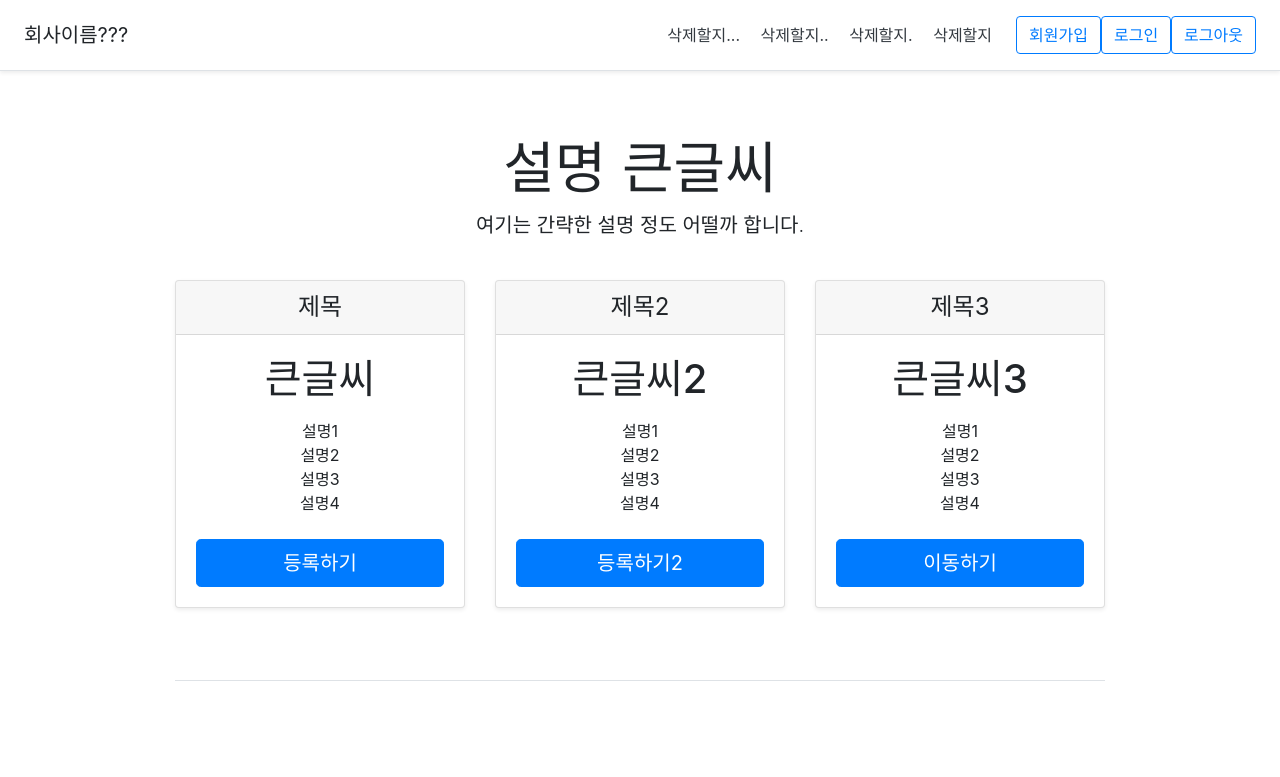
Repository: SettingRhino/innogleantmanager
Page: http://localhost/antmanager/WEB-INF/views/home.jsp
An editor plug-in stored every save of this project. The page is shown before and after the next save, followed by the edit.
The browser window is 1280 px wide. The pictures show the whole page.
The page is served by Tomcat 9. Nobody is signed in. Other server files are loaded and not shown. The template is opened directly, without the code that normally fills it, so the values that code supplies are empty.

Above is the page before, as saved 2020-06-09 01:37:31.

### antmanager/src/main/webapp/WEB-INF/views/home.jsp
<%@ page language="java" contentType="text/html; charset=UTF-8"
	pageEncoding="UTF-8"%>
<%@ taglib uri="http://java.sun.com/jsp/jstl/core" prefix="c" %>

<!doctype html>
<html>
  <head>
    <meta charset="utf-8">
    <meta name="viewport" content="width=device-width, initial-scale=1, shrink-to-fit=no">
    <meta name="description" content="">
    <meta name="author" content="Mark Otto, Jacob Thornton, and Bootstrap contributors">
    <meta name="generator" content="Jekyll v4.0.1">
    <title>Pricing example · Bootstrap</title>

    <link rel="canonical" href="https://getbootstrap.com/docs/4.5/examples/pricing/">

    <link rel="stylesheet" href="https://stackpath.bootstrapcdn.com/bootstrap/4.4.1/css/bootstrap.min.css" integrity="sha384-Vkoo8x4CGsO3+Hhxv8T/Q5PaXtkKtu6ug5TOeNV6gBiFeWPGFN9MuhOf23Q9Ifjh" crossorigin="anonymous">

    <style>
      .bd-placeholder-img {
        font-size: 1.125rem;
        text-anchor: middle;
        -webkit-user-select: none;
        -moz-user-select: none;
        -ms-user-select: none;
        user-select: none;
      }

      @media (min-width: 768px) {
        .bd-placeholder-img-lg {
          font-size: 3.5rem;
        }
      }
    </style>
    <!-- Custom styles for this template -->

    <link href= "<c:url value="/resources/css/pricing.css"/>" rel="stylesheet">
  </head>
  <body>
    <div class="d-flex flex-column flex-md-row align-items-center p-3 px-md-4 mb-3 bg-white border-bottom shadow-sm">
  <h5 class="my-0 mr-md-auto font-weight-normal">회사이름???</h5>
  <nav class="my-2 my-md-0 mr-md-3">
    <a class="p-2 text-dark" href="#">삭제할지...</a>
    <a class="p-2 text-dark" href="#">삭제할지..</a>
    <a class="p-2 text-dark" href="#">삭제할지.</a>

    <a class="p-2 text-dark" href="<c:url value="/test"/>">삭제할지</a>
  </nav>
  <a class="btn btn-outline-primary" href="<c:url value="/user/signup"/>">회원가입</a>
  <a class="btn btn-outline-primary" href="<c:url value="/login"/>">로그인</a>
  <a class="btn btn-outline-primary" href="<c:url value="/logout"/>">로그아웃</a>
</div>

<div class="pricing-header px-3 py-3 pt-md-5 pb-md-4 mx-auto text-center">
  <h1 class="display-4">설명 큰글씨</h1>
  <p class="lead">여기는 간략한 설명 정도 어떨까 합니다.</p>
</div>

<div class="container">
  <div class="card-deck mb-3 text-center">
    <div class="card mb-4 shadow-sm">
      <div class="card-header">
        <h4 class="my-0 font-weight-normal">제목</h4>
      </div>
      <div class="card-body">
        <h1 class="card-title pricing-card-title">큰글씨</h1>
        <ul class="list-unstyled mt-3 mb-4">
          <li>설명1</li>
          <li>설명2</li>
          <li>설명3</li>
          <li>설명4</li>
        </ul>
        <a href="<c:url value="/diary/view"/>">
        <button type="button" class="btn btn-lg btn-block btn-primary">등록하기</button></a>
      </div>
    </div>
    <div class="card mb-4 shadow-sm">
      <div class="card-header">
        <h4 class="my-0 font-weight-normal">제목2</h4>
      </div>
      <div class="card-body">
        <h1 class="card-title pricing-card-title">큰글씨2</h1>
        <ul class="list-unstyled mt-3 mb-4">
          <li>설명1</li>
          <li>설명2</li>
          <li>설명3</li>
          <li>설명4</li>
        </ul>
        <button type="button" class="btn btn-lg btn-block btn-primary"href="#">등록하기2</button>
      </div>
    </div>
    <div class="card mb-4 shadow-sm">
      <div class="card-header">
        <h4 class="my-0 font-weight-normal">제목3</h4>
      </div>
      <div class="card-body">
        <h1 class="card-title pricing-card-title">큰글씨3</h1>
        <ul class="list-unstyled mt-3 mb-4">
       <li>설명1</li>
          <li>설명2</li>
          <li>설명3</li>
          <li>설명4</li>
        </ul>
        <button type="button" class="btn btn-lg btn-block btn-primary"href="#">이동하기</button>
      </div>
    </div>
  </div>

  <footer class="pt-4 my-md-5 pt-md-5 border-top">
  <!--
    <div class="row">
      <div class="col-12 col-md">
        <img class="mb-2" src="/docs/4.5/assets/brand/bootstrap-solid.svg" alt="" width="24" height="24">
        <small class="d-block mb-3 text-muted">&copy; 2017-2020</small>
      </div>
      <div class="col-6 col-md">
        <h5>Features</h5>
        <ul class="list-unstyled text-small">
          <li><a class="text-muted" href="#">Cool stuff</a></li>
          <li><a class="text-muted" href="#">Random feature</a></li>
          <li><a class="text-muted" href="#">Team feature</a></li>
          <li><a class="text-muted" href="#">Stuff for developers</a></li>
          <li><a class="text-muted" href="#">Another one</a></li>
          <li><a class="text-muted" href="#">Last time</a></li>
        </ul>
      </div>
      <div class="col-6 col-md">
        <h5>Resources</h5>
        <ul class="list-unstyled text-small">
          <li><a class="text-muted" href="#">Resource</a></li>
          <li><a class="text-muted" href="#">Resource name</a></li>
          <li><a class="text-muted" href="#">Another resource</a></li>
          <li><a class="text-muted" href="#">Final resource</a></li>
        </ul>
      </div>
      <div class="col-6 col-md">
        <h5>About</h5>
        <ul class="list-unstyled text-small">
          <li><a class="text-muted" href="#">Team</a></li>
          <li><a class="text-muted" href="#">Locations</a></li>
          <li><a class="text-muted" href="#">Privacy</a></li>
          <li><a class="text-muted" href="#">Terms</a></li>
        </ul>
      </div>
    </div> -->
  </footer>
</div>
</body>
</html>

### antmanager/src/main/webapp/resources/css/pricing.css
@charset "UTF-8";
html {
  font-size: 14px;
}
@media (min-width: 768px) {
  html {
    font-size: 16px;
  }
}

.container {
  max-width: 960px;
}

.pricing-header {
  max-width: 700px;
}

.card-deck .card {
  min-width: 220px;
}

After the next save:
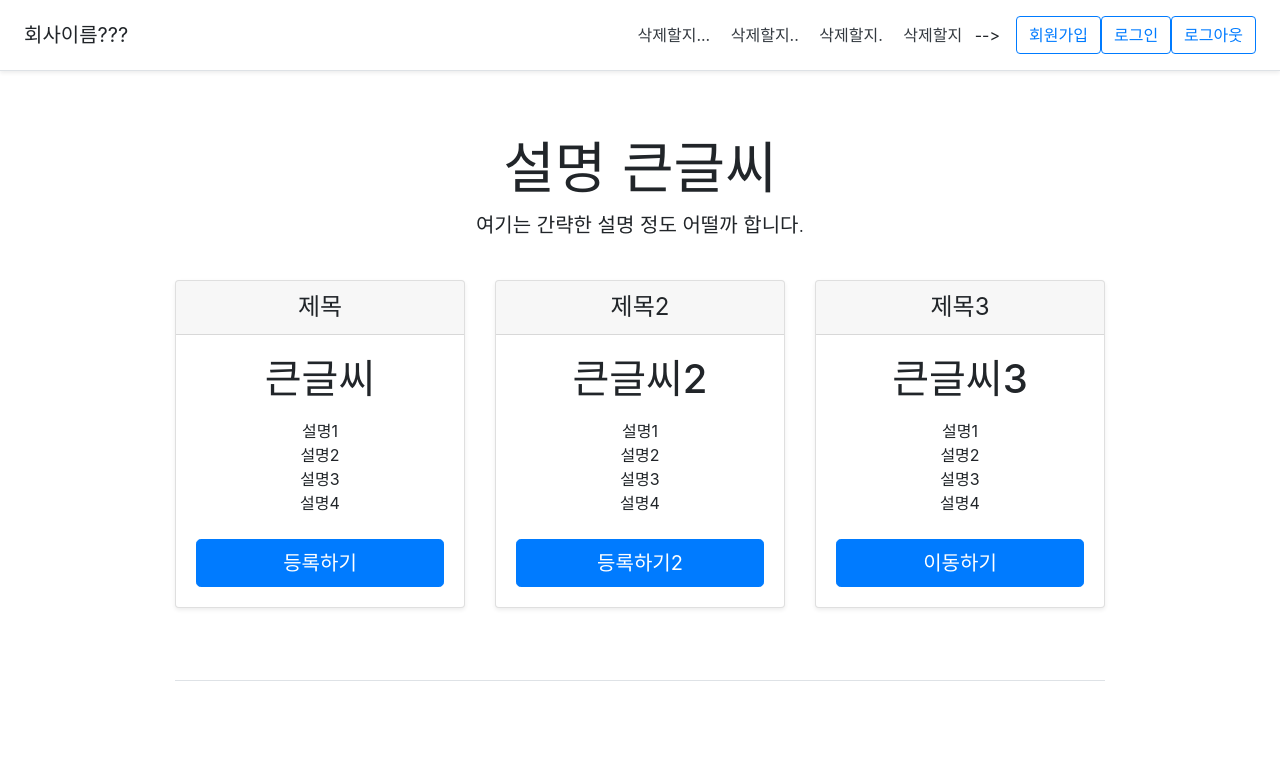
Saved 6 min 6 s later.
--- a/antmanager/src/main/webapp/WEB-INF/views/home.jsp
+++ b/antmanager/src/main/webapp/WEB-INF/views/home.jsp
@@ -40,11 +40,11 @@
     <div class="d-flex flex-column flex-md-row align-items-center p-3 px-md-4 mb-3 bg-white border-bottom shadow-sm">
   <h5 class="my-0 mr-md-auto font-weight-normal">회사이름???</h5>
   <nav class="my-2 my-md-0 mr-md-3">
-    <a class="p-2 text-dark" href="#">삭제할지...</a>
+   <!--  --> <a class="p-2 text-dark" href="#">삭제할지...</a>
     <a class="p-2 text-dark" href="#">삭제할지..</a>
     <a class="p-2 text-dark" href="#">삭제할지.</a>
 
-    <a class="p-2 text-dark" href="<c:url value="/test"/>">삭제할지</a>
+    <a class="p-2 text-dark" href="<c:url value="/test"/>">삭제할지</a> -->
   </nav>
   <a class="btn btn-outline-primary" href="<c:url value="/user/signup"/>">회원가입</a>
   <a class="btn btn-outline-primary" href="<c:url value="/login"/>">로그인</a>
